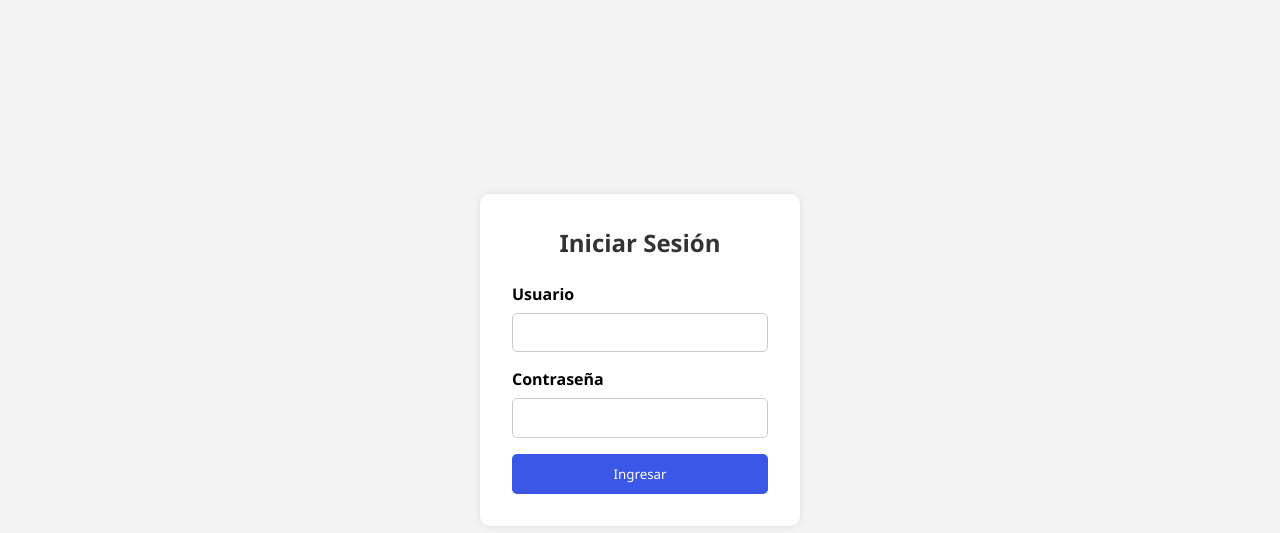
Repository: djkeviin/Mi-primera-chamba
Page: index.html
The author's editor kept a copy of each file at every save. The page is drawn from the files as they stood at one save, then again after the next save.
The browser window is 1280 px wide. The pictures show the whole page.

Above is the page before, as saved 2025-05-01 20:00:51.
Console error: TypeError: Cannot read properties of null (reading 'addEventListener')

After the next save:
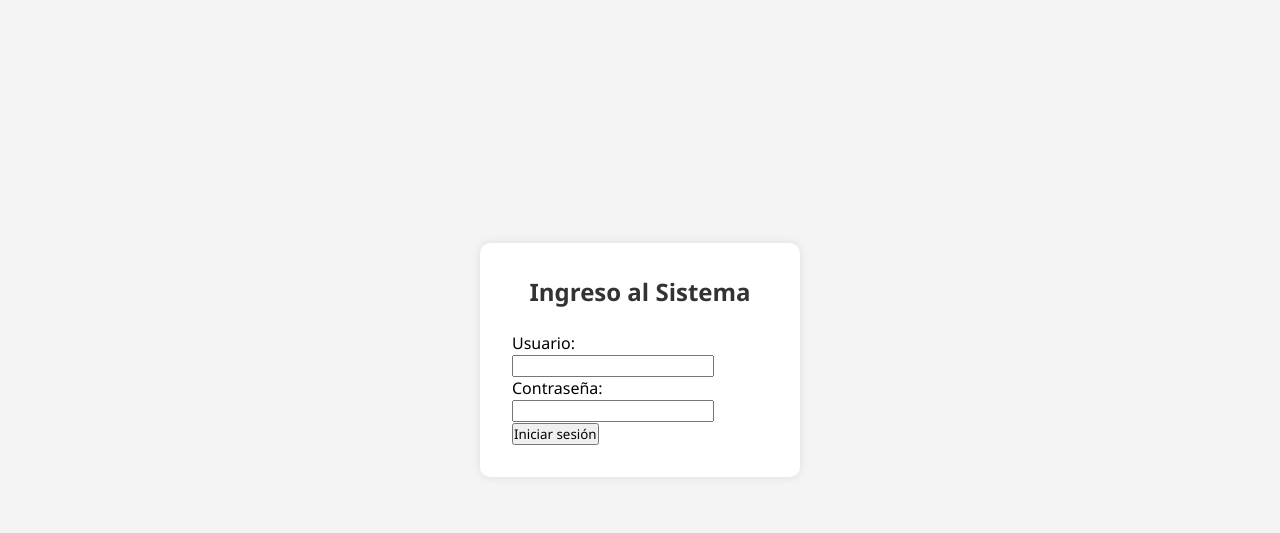
The error is gone.
Saved 85 min 37 s later.
--- a/index.html
+++ b/index.html
@@ -1,27 +1,26 @@
 <!DOCTYPE html>
 <html lang="es">
 <head>
-  <meta charset="UTF-8" />
-  <meta name="viewport" content="width=device-width, initial-scale=1.0" />
-  <title>Login - Empresa ABC</title>
-  <link rel="stylesheet" href="css/estilos.css" />
+    <meta charset="UTF-8">
+    <meta name="viewport" content="width=device-width, initial-scale=1.0">
+    <title>Login - Sistema de Compras</title>
+    <link rel="stylesheet" href="css/styles.css">
 </head>
 <body>
-  <div class="login-container">
-    <h2>Iniciar Sesión</h2>
-    <form class="login-form">
-      <label for="usuario">Usuario</label>
-      <input type="text" id="usuario" name="usuario" required />
+    <div class="login-container">
+        <h2>Ingreso al Sistema</h2>
+        <form id="login-form">
+            <label for="username">Usuario:</label>
+            <input type="text" id="username" name="username" required>
 
-      <label for="clave">Contraseña</label>
-      <input type="password" id="clave" name="clave" required />
+            <label for="password">Contraseña:</label>
+            <input type="password" id="password" name="password" required>
 
-      <button type="submit">Ingresar</button>
-    </form>
-  </div>
+            <button type="submit">Iniciar sesión</button>
+        </form>
+        <div class="error-message" id="error-message"></div>
+    </div>
 
-
-
-  <script src="js/login.js"></script>
+    <script src="../js/login.js"></script>
 </body>
 </html>
